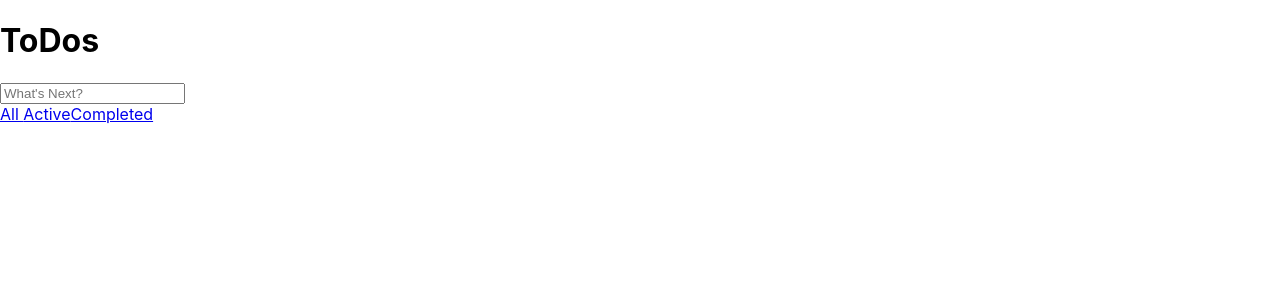
Repository: shuroo/FECourse-final-ex-todos
Page: /
These files come from the project's save history. The page is drawn as it stood at one moment and after the next save; the edit follows.
The browser window is 1280 px wide. The pictures show the whole page.
The project was rebuilt for these pictures with package versions that can differ from the ones it lists, and the page was loaded fresh each time. Also part of the build but not shown: src/App.css, src/components/TaskComponent.jsx, src/components/TasksView.jsx.

Above is the page before, as saved 2021-08-04 01:47:47.

After the next save:
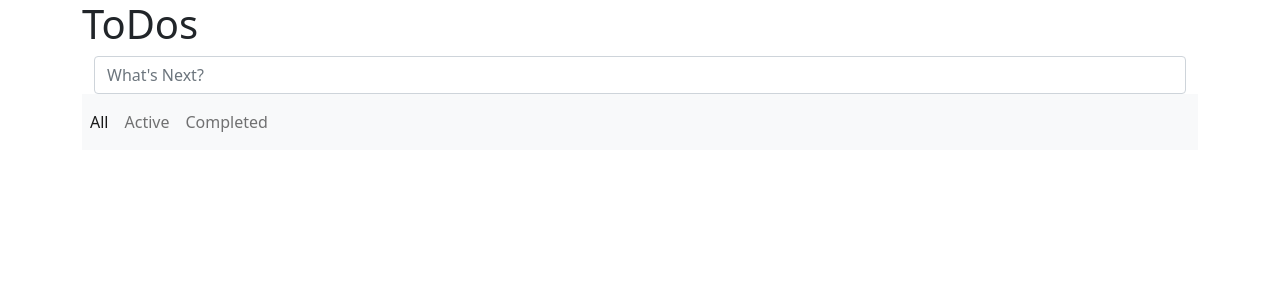
Saved 73 s later.
--- a/src/App.js
+++ b/src/App.js
@@ -1,7 +1,6 @@
-import logo from './logo.svg';
 import './App.css';
 import HomePage from './pages/HomePage';
-import { Container } from 'react-bootstrap';
+import 'bootstrap/dist/css/bootstrap.min.css';
 
 function App() {
     return (
